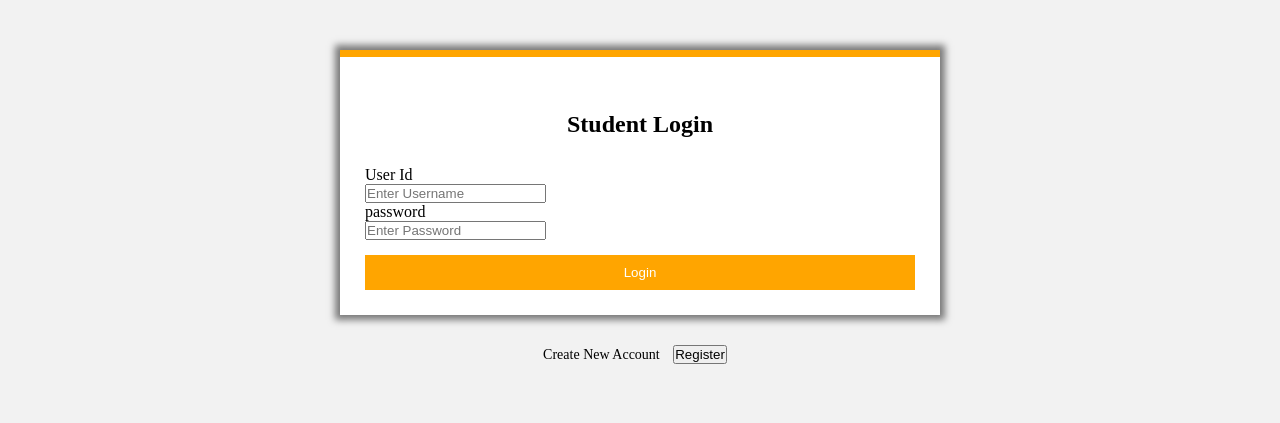
Repository: Sameer-0/workspace
Page: http://localhost/StudentCrud/views/login.jsp
The author's editor kept a copy of each file at every save. The page is drawn from the files as they stood at one save, then again after the next save.
The browser window is 1280 px wide. The pictures show the whole page.
The page is served by Tomcat 9. Other server files are loaded and not shown.

Above is the page before, as saved 2022-07-12 17:40:16.

### StudentCrud/src/main/webapp/views/login.jsp
<%@ page language="java" contentType="text/html; charset=ISO-8859-1"
    pageEncoding="ISO-8859-1"%>
<!DOCTYPE html>
<html>
<head>
<meta charset="ISO-8859-1">
<title>Insert title here</title>
<link rel="stylesheet" href="style.css" />
</head>
<body>
<h2>${errorMsg}</h2>
<div class="container">
		<h2>Student Login</h2>
		<form id="login-form" action="/student-login" onsubmit="validateForm(event)" method="POST">

			<div class="input-name">
				<label for="username">User Id</label> <span id="username-message"
					class="error"></span> <br><input type="text"
					placeholder="Enter Username" id="username" class="login-username"
					name="username">
			</div>

			<div class="input-name">
				<label for="password">password</label>  <span id="password-message"
					class="error"></span> <br><input type="text"
					placeholder="Enter Password" id="password" class="login-password"
					name="password">
			</div>

			<div class="button1">
				<input type="submit" id="button" class="button" value="Login">
			</div>
		</form>
	</div>
		<div id="btn-div">
		Create New Account
				<a href="/views/index.jsp" id="a-tag">
					<button  id="login-btn" type="button">Register</button>
				</a>
			</div>
	<script src="login.js"></script>

</body>
</html>

### StudentCrud/src/main/webapp/views/style.css
* {
	margin: 0;
	padding: 0;
	box-sizing: border-box;
}

body {
	font-size: 14px;
	background: #f2f2f2;
}

.container {
	background: white;
	width: 600px;
	padding: 25px;
	margin: 50px auto 0;
	border-top: 7px solid orange;
	box-shadow: 0 0 7px 5px rgba(0, 0, 0, 0.5);
}

.container h2 {
	font-size: 24px;
	line-height: 24px;
	padding: 30px;
	text-align: center;
}

.name,.id, .email, .password {
	width: 100%;
	position: relative;
	margin: 10px auto;
}

.button {
	color : white;
	background: orange;
	height: 35px;
	line-height: 35px;
	width: 100%;
	outline: none;
	border: none;
	cursor: pointer;
	margin-top: 15px;
}

label {
	font-size: 16px
}

.button:hover {
	background: rgb(255, 128, 64);
}

#btn-div {
	text-align: center;
	margin: 30px;
}

#a-tag {
	margin: 10px;
}


.error {
  color: red;
  font-size: small;
  margin-left: 20px;
}

Loaded but not shown: StudentCrud/src/main/webapp/views/login.js (no copy from this time; the picture is the same without it)

After the next save:
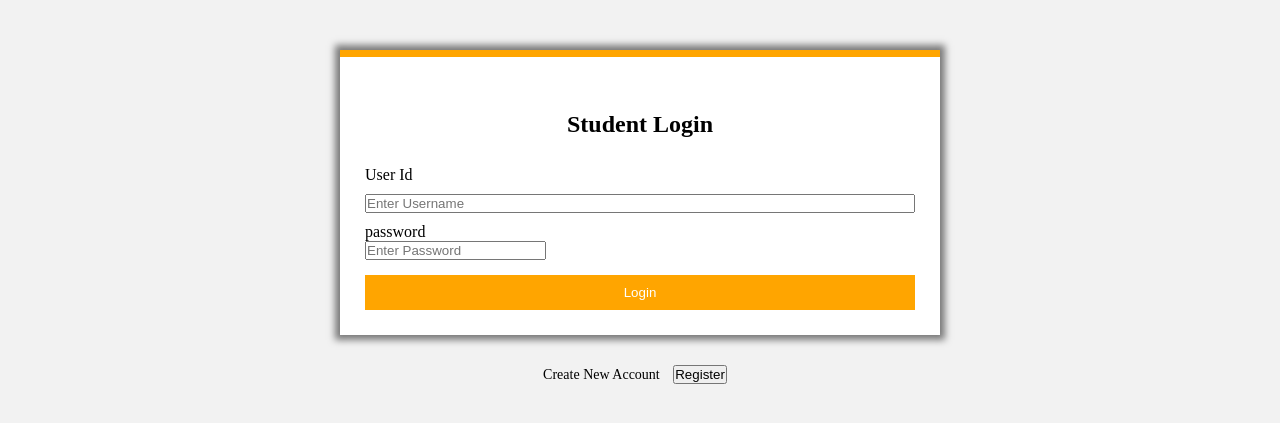
Saved 101 s later.
--- a/StudentCrud/src/main/webapp/views/login.jsp
+++ b/StudentCrud/src/main/webapp/views/login.jsp
@@ -16,8 +16,8 @@
 			<div class="input-name">
 				<label for="username">User Id</label> <span id="username-message"
 					class="error"></span> <br><input type="text"
-					placeholder="Enter Username" id="username" class="login-username"
-					name="username">
+					placeholder="Enter Username" id="id" class="id"
+					name="id">
 			</div>
 
 			<div class="input-name">
